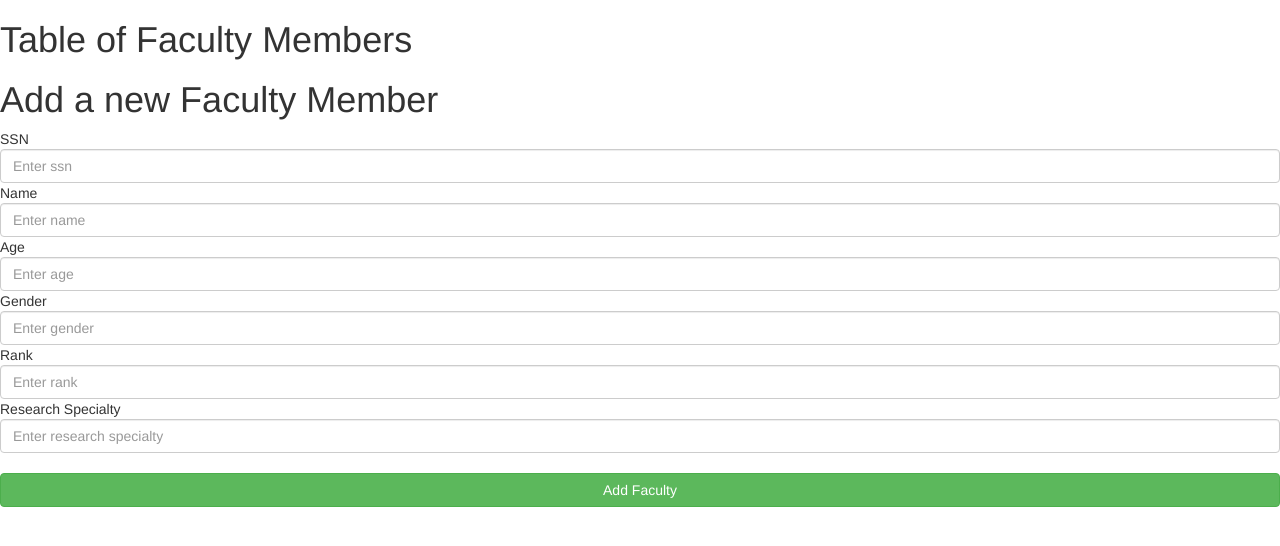
Repository: cpham19/DatabaseSite
Page: http://localhost/database/AddStudent.jsp
These files come from the project's save history. The page is drawn as it stood at one moment and after the next save; the edit follows.
The browser window is 1280 px wide. The pictures show the whole page.
The page is served by Tomcat 9.

Above is the page before, as saved 2017-07-30 04:28:11.

After the next save:
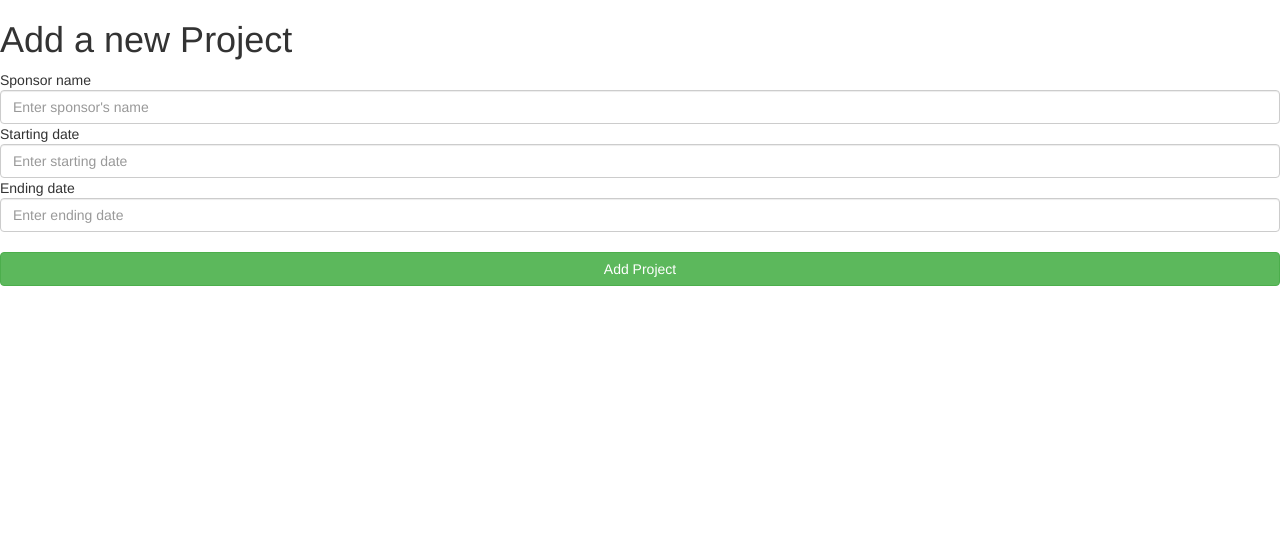
Saved 31 s later.
--- a/database/src/main/webapp/AddStudent.jsp
+++ b/database/src/main/webapp/AddStudent.jsp
@@ -9,18 +9,14 @@
 	<link rel="stylesheet" href="https://maxcdn.bootstrapcdn.com/bootstrap/3.3.7/css/bootstrap.min.css" integrity="sha384-BVYiiSIFeK1dGmJRAkycuHAHRg32OmUcww7on3RYdg4Va+PmSTsz/K68vbdEjh4u" crossorigin="anonymous">
 </head>
 <body>
-	<h1>Table of Faculty Members</h1>
+<h1>Add a new Project</h1>
+	<form action="AddProject" method="post">
+		Sponsor name <input type="text" class="form-control" id="sponsorName" name="sponsorName" placeholder="Enter sponsor's name">
+		Starting date <input type="text" class="form-control" id="startingDate" name="startingDate" placeholder="Enter starting date">
+		Ending date <input type="text" class="form-control" id="endingDate" name="endingDate" placeholder="Enter ending date">
+		<br/>
+		<button type="submit" class="btn btn-success btn-block">Add Project</button>
+	</form>
 
-	<h1>Add a new Faculty Member</h1>
-	<form action="AddProject" method="post">
-		SSN <input type="text" class="form-control" id="ssn" name="ssn" placeholder="Enter ssn">
-		Name <input type="text" class="form-control" id="name" name="name" placeholder="Enter name">
-		Age <input type="text" class="form-control" id="age" name="age" placeholder="Enter age">
-		Gender <input type="text" class="form-control" id="gender" name="gender" placeholder="Enter gender">
-		Rank <input type="text" class="form-control" id="rank" name="rank" placeholder="Enter rank">
-		Research Specialty <input type="text" class="form-control" id="res_spec" name="res_spec" placeholder="Enter research specialty">
-		<br/>
-		<button type="submit" class="btn btn-success btn-block">Add Faculty</button>
-	</form>
 </body>
 </html>
